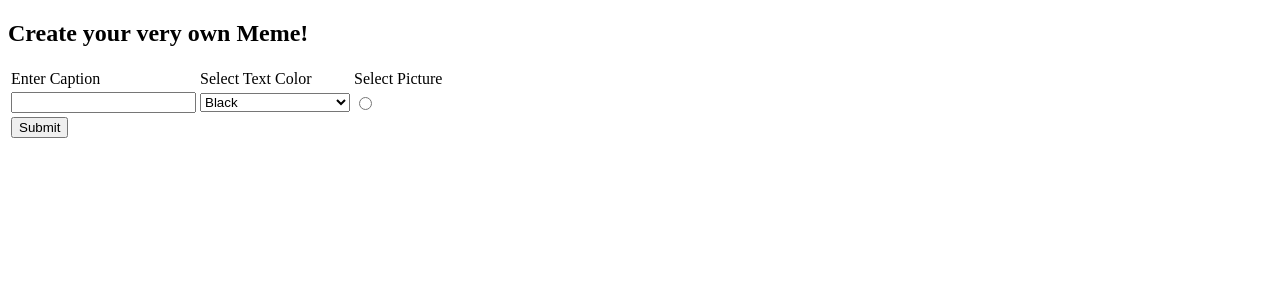
Repository: HyveMynd/htdocs
Page: http://localhost/
The author's editor kept a copy of each file at every save. The page is drawn from the files as they stood at one save, then again after the next save.
The browser window is 1280 px wide. The pictures show the whole page.
Some web libraries are served in a nearby version. The page is run by PHP 8.4 with error messages shown; the project is at /var/www/html/.

Above is the page before, as saved 2013-01-27 19:36:52.

### PS2/index.php
<!DOCTYPE html PUBLIC "-//W3C//DTD HTML 4.01 Transitional//EN" "http://www.w3.org/TR/html4/loose.dtd">
<html>
<head>
<meta http-equiv="Content-Type" content="text/html; charset=UTF-8">
<script type="text/javascript" src="https://ajax.googleapis.com/ajax/libs/jquery/1.7.1/jquery.min.js"></script>
<!--<link rel="stylesheet" href="MemoryStyle.css" type="text/css" /> -->
<title>Meme Generator</title>
</head>
<body>
	<form method=get>
	<h2>Create your very own Meme!</h2>
		<table>
			<tr>
				<td>Enter Caption</td>
				<td>Select Text Color</td>
				<td>Select Picture</td>
			</tr>
			<tr>
				<td><input type="text" id=textBox value="" /></td>
				<td>
					<select id=textColor onchange="selectColor();">
						<option value='black' selected="selected">Black</option>
						<option value='red'>Red</option>
						<option value='white'>White</option>
						<option value='whiteBlack'>White w/Black Border</option>
					</select>
				</td>
				<td>
					<input type="radio" value='Philosyraptor' />

				</td>
			</tr>
			<tr>
				<td><input type="button" value="Submit" onclick="submit();" /></td>
			</tr>
		</table>
	</form>
</body>
</html>

<?php ?>

After the next save:
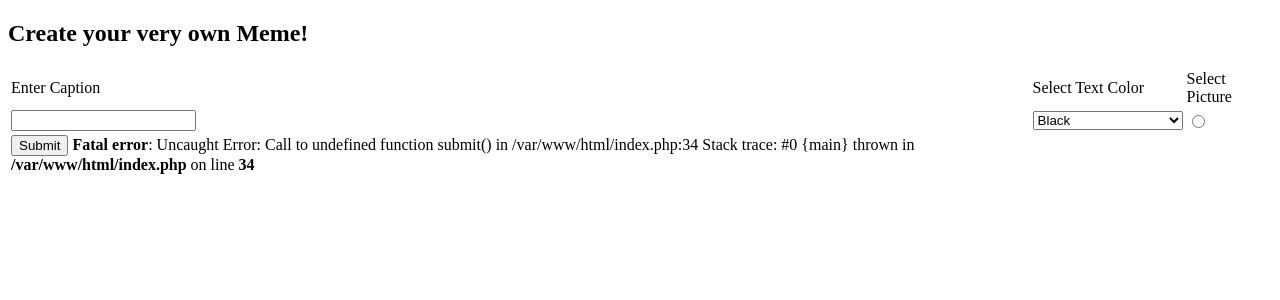
Console error (its wording comes from the project's code and is left out).
Saved 2 min 48 s later.
--- a/PS2/index.php
+++ b/PS2/index.php
@@ -7,7 +7,7 @@
 <title>Meme Generator</title>
 </head>
 <body>
-	<form method=get>
+	<form method=get action=YourMeme.php>
 	<h2>Create your very own Meme!</h2>
 		<table>
 			<tr>
@@ -16,9 +16,9 @@
 				<td>Select Picture</td>
 			</tr>
 			<tr>
-				<td><input type="text" id=textBox value="" /></td>
+				<td><input type="text" name=caption value="" /></td>
 				<td>
-					<select id=textColor onchange="selectColor();">
+					<select name=textColor onchange=<?php  ?>>
 						<option value='black' selected="selected">Black</option>
 						<option value='red'>Red</option>
 						<option value='white'>White</option>
@@ -31,11 +31,9 @@
 				</td>
 			</tr>
 			<tr>
-				<td><input type="button" value="Submit" onclick="submit();" /></td>
+				<td><input type="button" value="Submit" onclick=<?php submit(); ?> /></td>
 			</tr>
 		</table>
 	</form>
 </body>
 </html>
-
-<?php ?>
